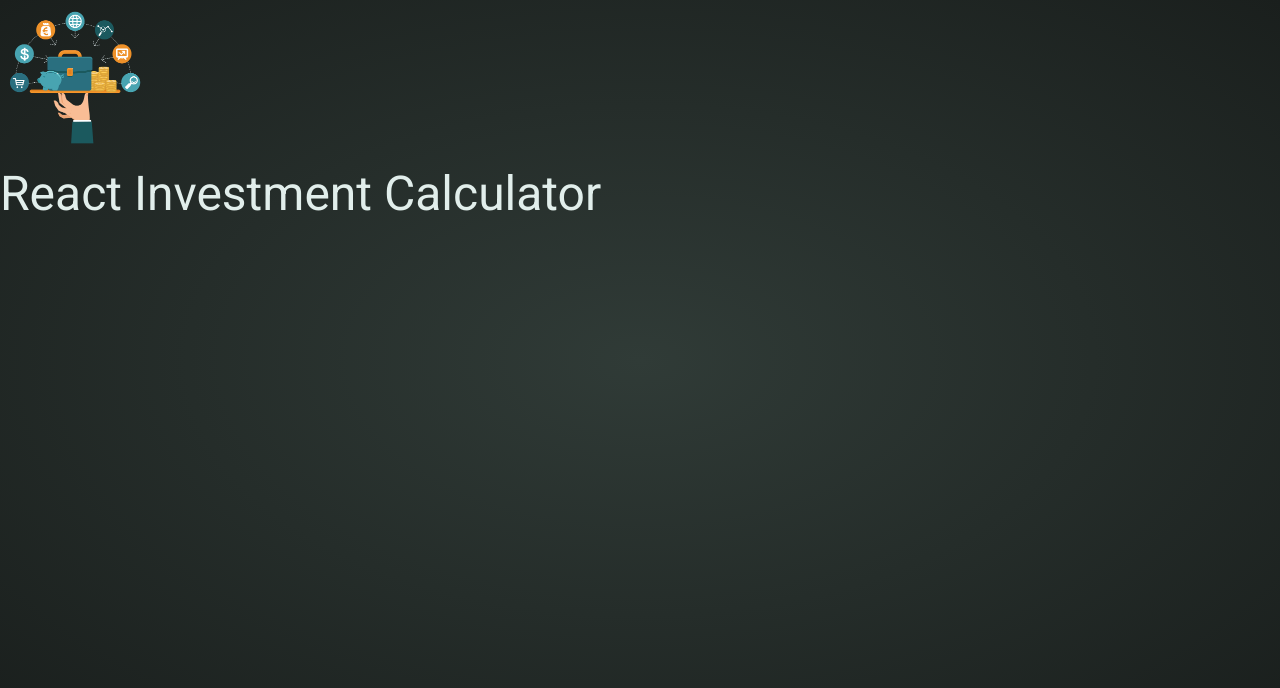
Repository: ErminiaDev/investment-app
Page: /
These files come from the project's save history. The page is drawn as it stood at one moment and after a run of saves; the edit follows.
The browser window is 1280 px wide. The pictures show the whole page.
The project was rebuilt for these pictures with package versions that can differ from the ones it lists, and the page was loaded fresh each time. Also part of the build but not shown: vite.config.js.

Above is the page before, as saved 2024-02-23 12:14:16.

### src/index.jsx
import ReactDOM from 'react-dom/client';

import App from './App.jsx';
import './index.css';

import '@fontsource/roboto/300.css';
import '@fontsource/roboto/400.css';
import '@fontsource/roboto/500.css';
import '@fontsource/roboto/700.css';

ReactDOM.createRoot(document.getElementById('root')).render(<App />);

### src/App.jsx
import Header from "./components/Header";

function App() {
  return (
    <Header/>
  )
}

export default App

### src/components/Header.jsx
import { Box, Stack, Typography } from "@mui/material";

export default function Header({}) {
  return (
    <Stack spacing={2}>
      <Box
        component="img"
        sx={{ height: 150, width:150 }}
        src="src/assets/investment-calculator-logo.png"
        alt=""
      />
      <Typography variant="h3">React Investment Calculator</Typography>
    </Stack>
  );
}

Loaded but not shown: index.html (common file); src/index.css (common file)

After the next 3 saves:
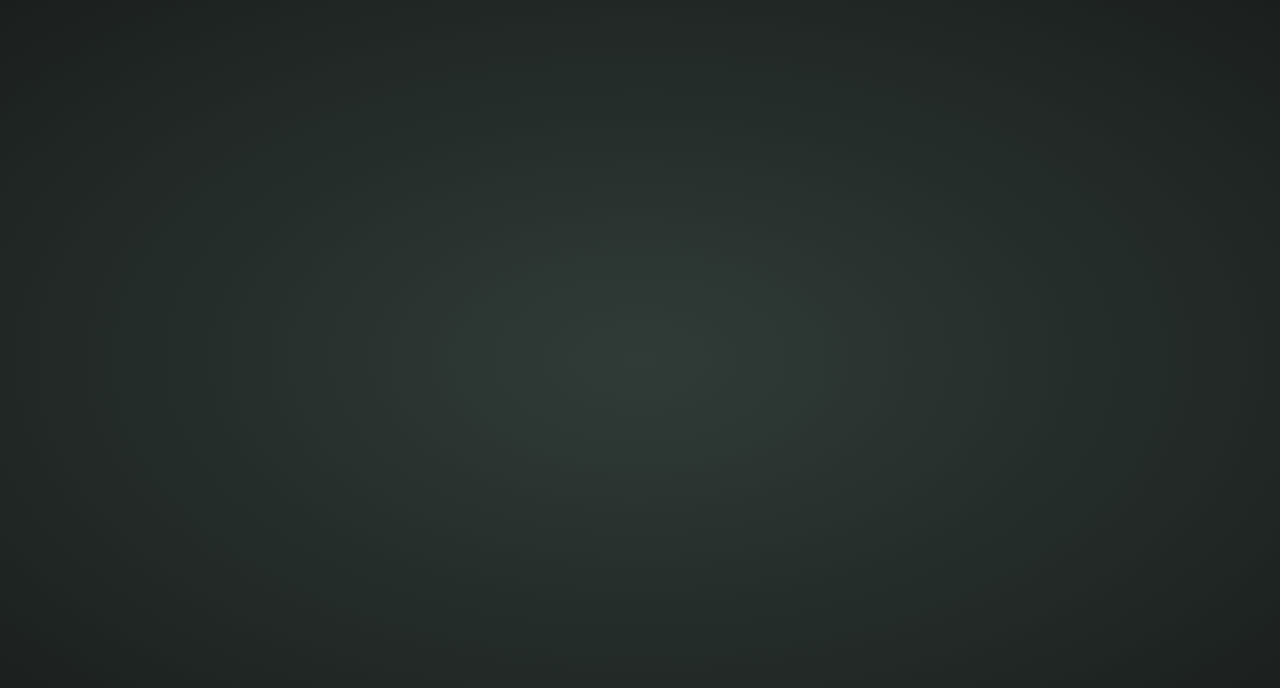
Console error: ReferenceError: flex is not defined
The 3 saves are shown as one change because they came seconds apart.
The last was saved 66 s later.
--- a/src/components/Header.jsx
+++ b/src/components/Header.jsx
@@ -2,7 +2,7 @@
 
 export default function Header({}) {
   return (
-    <Stack spacing={2}>
+    <Stack spacing={2} display={flex}>
       <Box
         component="img"
         sx={{ height: 150, width:150 }}

After the 2 saves that followed:
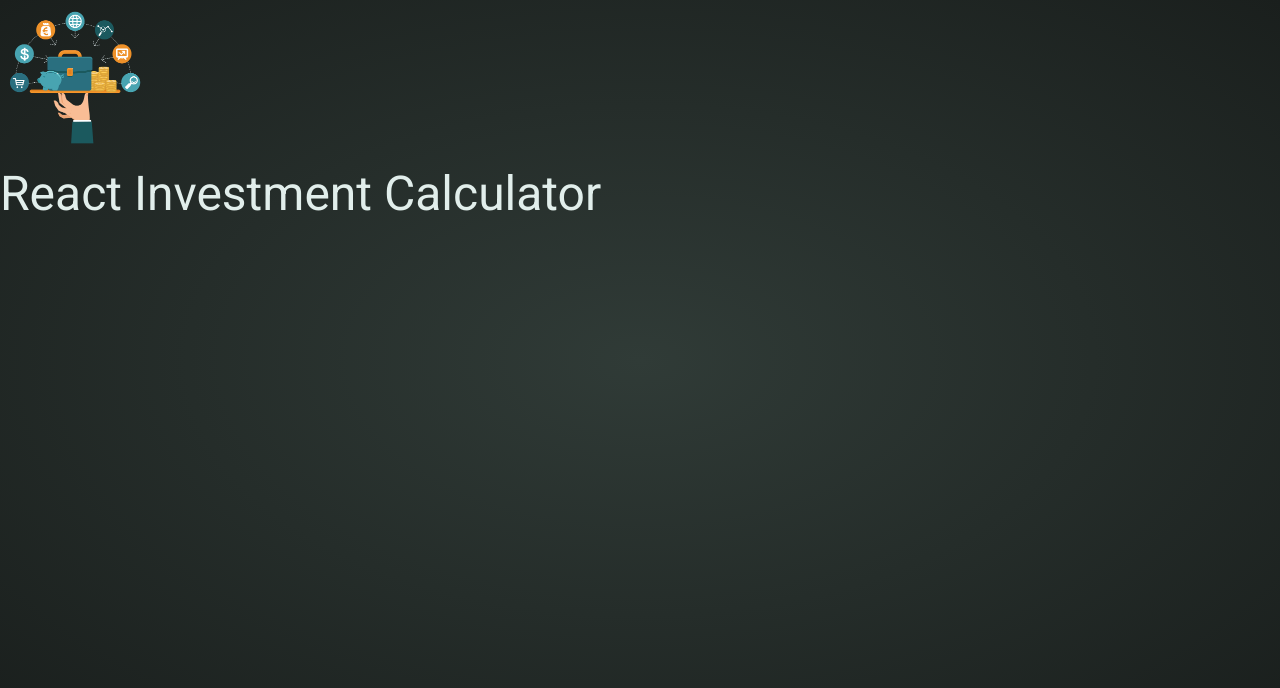
The error is gone.
The 2 saves are shown as one change because they came seconds apart.
The last was saved 14 s later.
--- a/src/components/Header.jsx
+++ b/src/components/Header.jsx
@@ -2,7 +2,7 @@
 
 export default function Header({}) {
   return (
-    <Stack spacing={2} display={flex}>
+    <Stack spacing={2} display="flex">
       <Box
         component="img"
         sx={{ height: 150, width:150 }}
